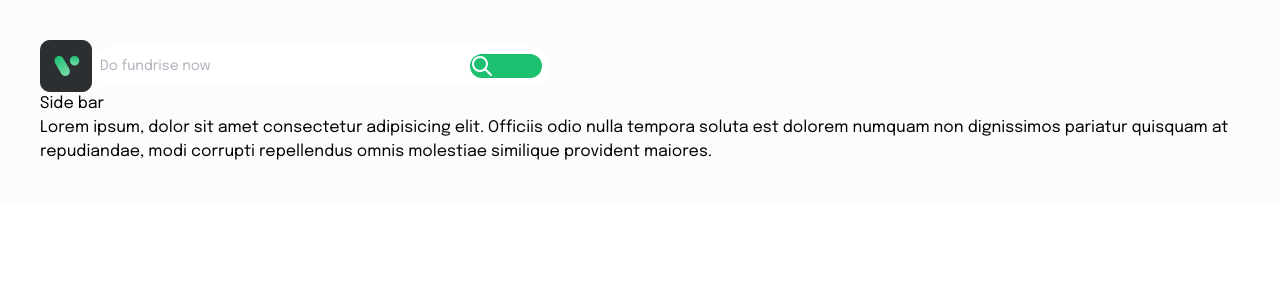
Repository: hoang0508/CrowFunding-APP
Page: /
The author's editor kept a copy of each file at every save. The page is drawn from the files as they stood at one save, then again after the next save.
The browser window is 1280 px wide. The pictures show the whole page.
The project was rebuilt for these pictures with package versions that can differ from the ones it lists, and the page was loaded fresh each time. Imported but missing from the stored project, and not drawn on this page: src/store/reducers.

Above is the page before, as saved 2022-07-20 23:12:37.

After the next save:
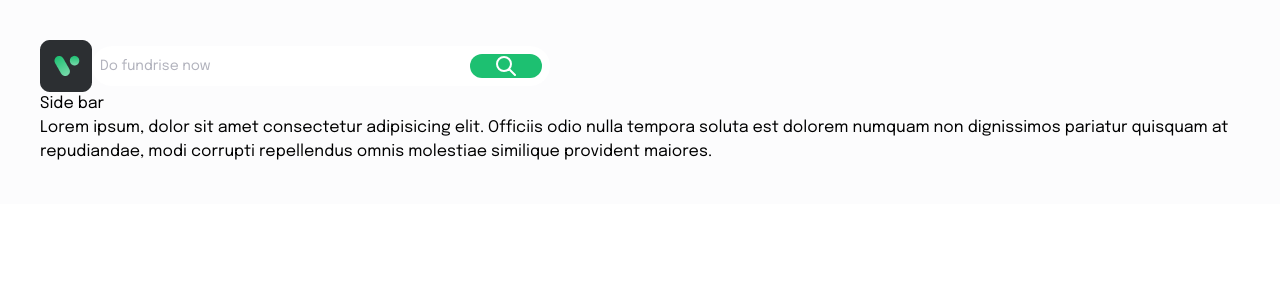
Saved 5 min 12 s later.
--- a/src/modules/dashboard/DashboardSearch.js
+++ b/src/modules/dashboard/DashboardSearch.js
@@ -10,7 +10,7 @@ const DashboardSearch = () => {
           className=" w-full text-sm font-normal placeholder:text-text4 text-text1"
         />
       </div>
-      <button className="w-[72px] h-full rounded-full bg-primary text-white">
+      <button className="w-[72px] h-full rounded-full bg-primary text-white flex items-center justify-center">
         <svg
           xmlns="http://www.w3.org/2000/svg"
           className="h-6 w-6"
